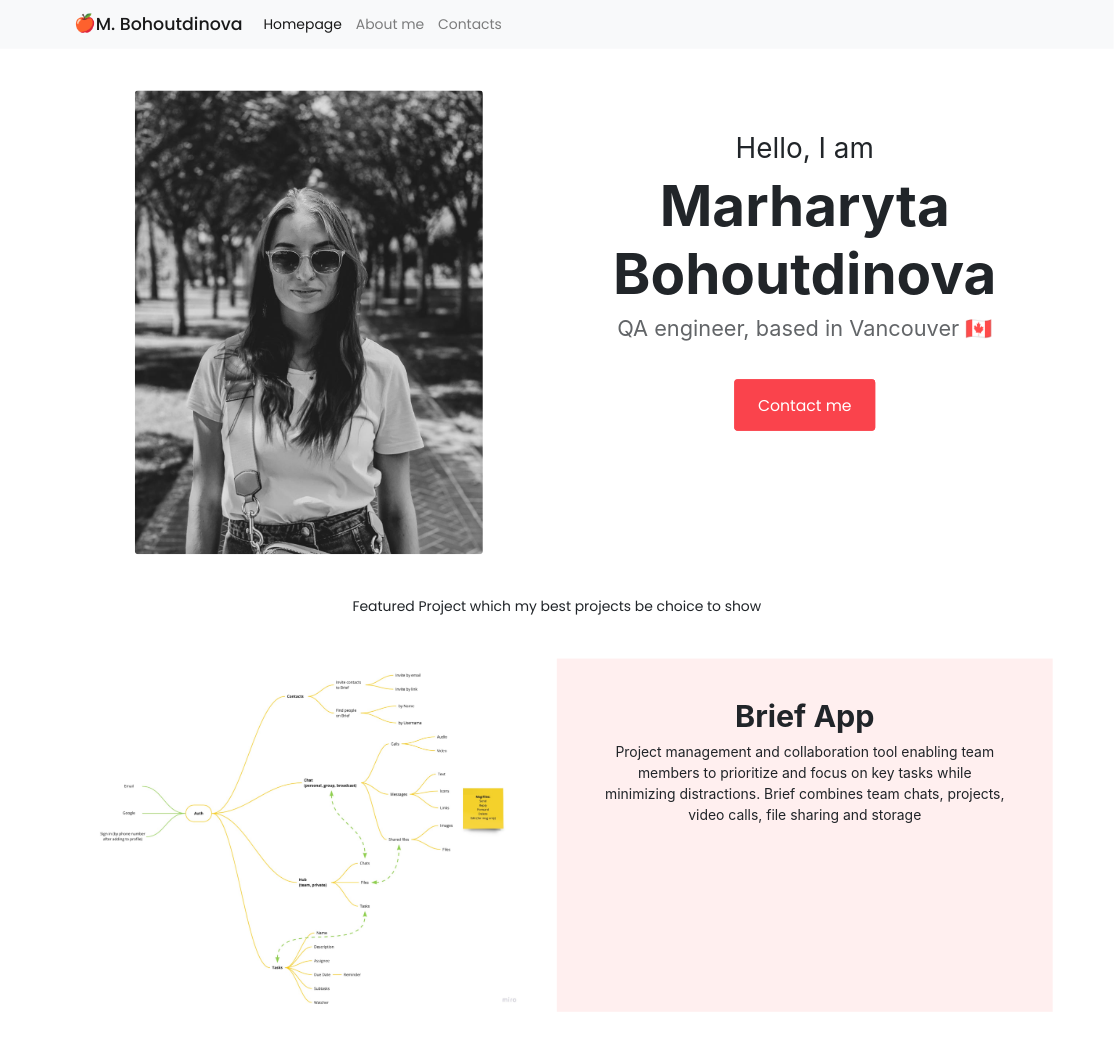
Repository: Bohoutdinova/Portfolio_week-4
Page: index.html
An editor plug-in stored every save of this project. The page is shown before and after a run of saves, followed by the edit.
The browser window is 1280 px wide. The pictures show the whole page, at 87% of full size.

Above is the page before, as saved 2022-08-11 18:48:53.

After the next 2 saves:
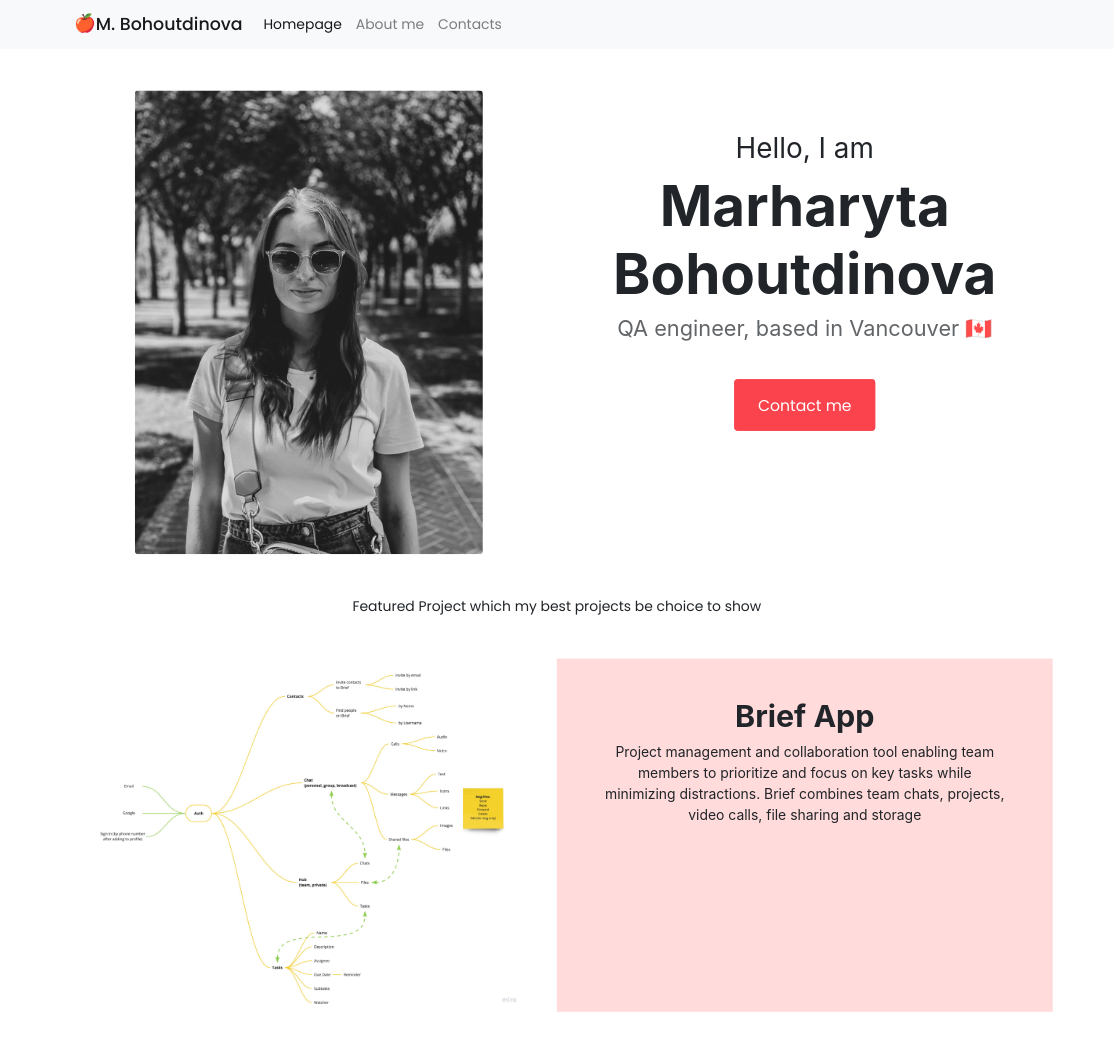
The 2 saves are shown as one change because they came seconds apart.
The last was saved 10 s later.
--- a/src/style.css
+++ b/src/style.css
@@ -75,7 +75,7 @@
   font-weight: 700;
 }
 .app {
-  background-color: rgb(255, 216, 216, 0.4);
+  background-color: rgb(255, 216, 216, 90%);
 }
 .app-description {
   padding: 15px 25px;

After the save that followed:
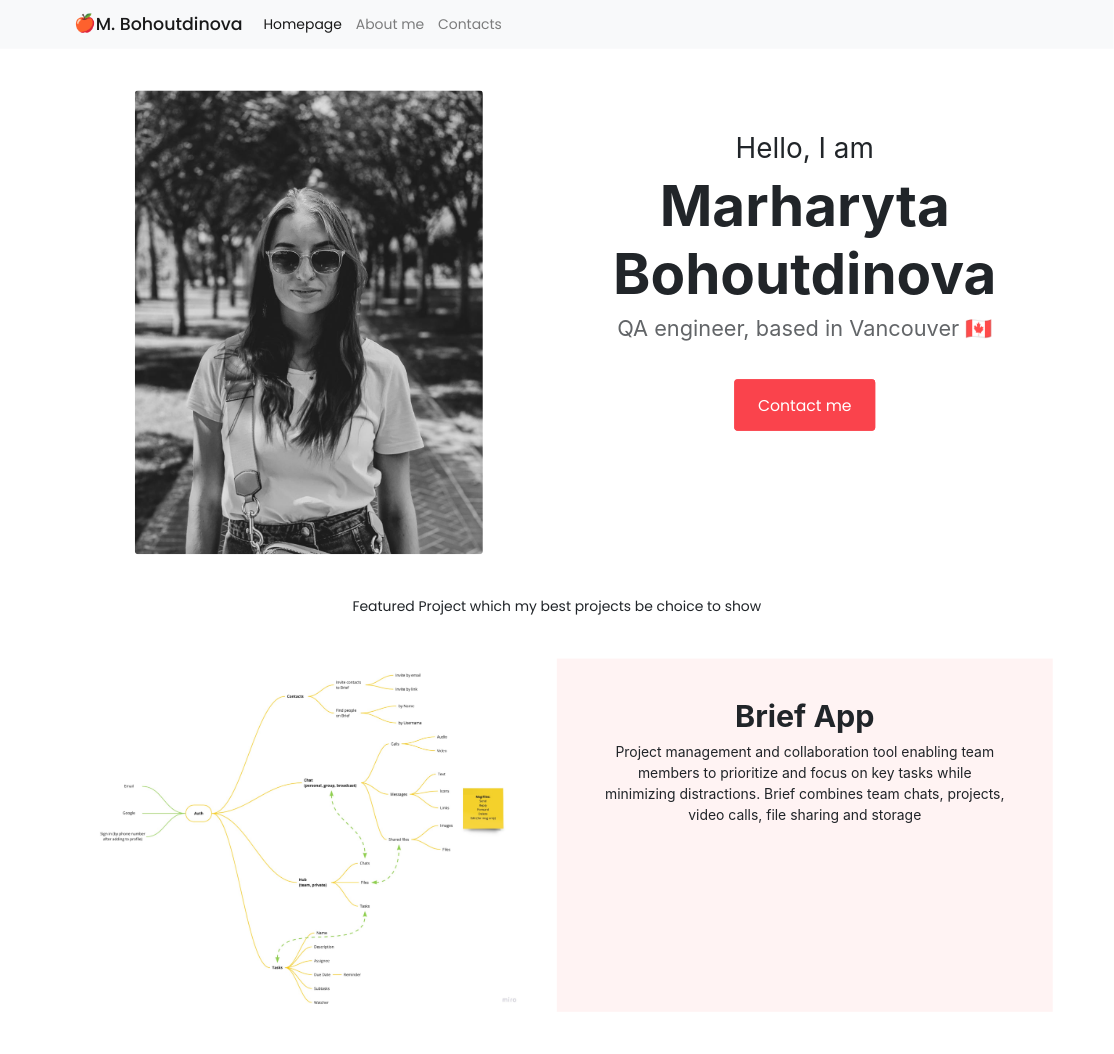
Saved 5 s later.
--- a/src/style.css
+++ b/src/style.css
@@ -75,7 +75,7 @@
   font-weight: 700;
 }
 .app {
-  background-color: rgb(255, 216, 216, 90%);
+  background-color: rgb(255, 216, 216, 30%);
 }
 .app-description {
   padding: 15px 25px;
